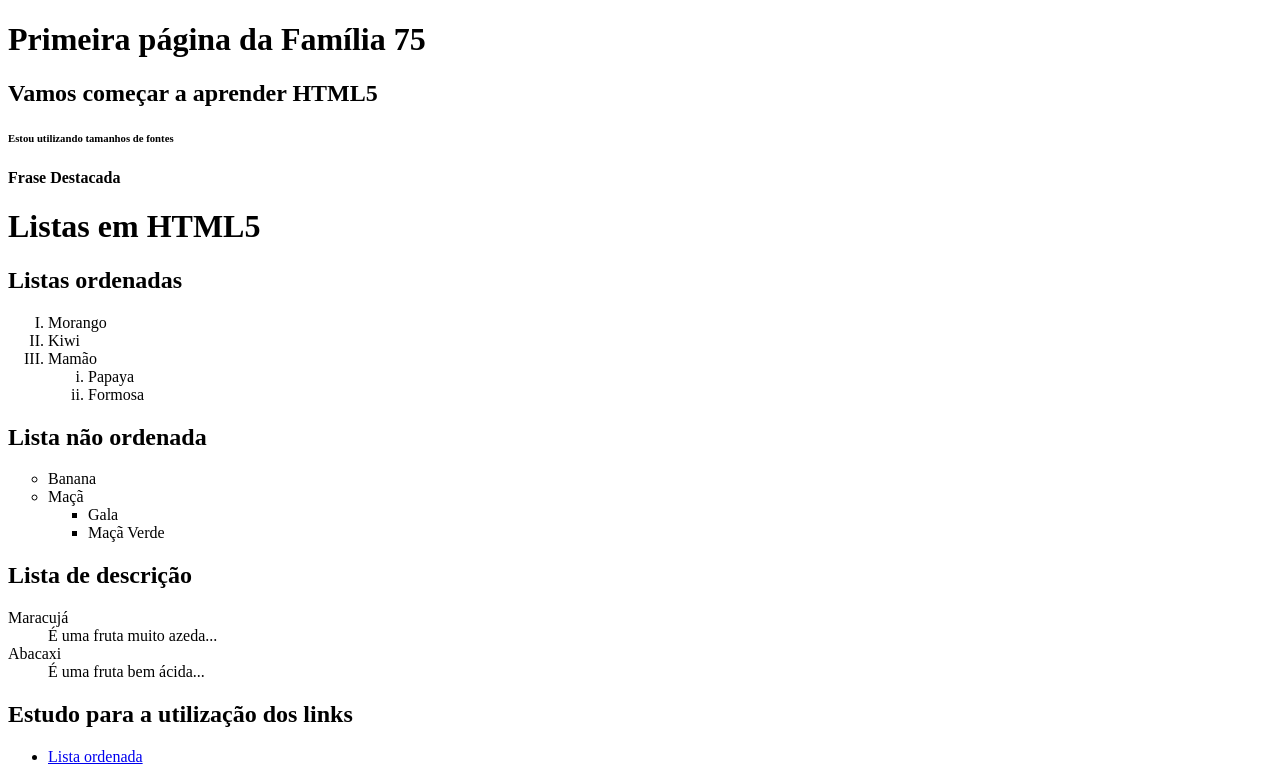
Repository: Thichi99/BootcampGen75
Page: Familia75/index.html
The author's editor kept a copy of each file at every save. The page is drawn from the files as they stood at one save, then again after the next save.
The browser window is 1280 px wide. The pictures show the whole page.

Above is the page before, as saved 2024-07-26 11:11:30.

After the next save:
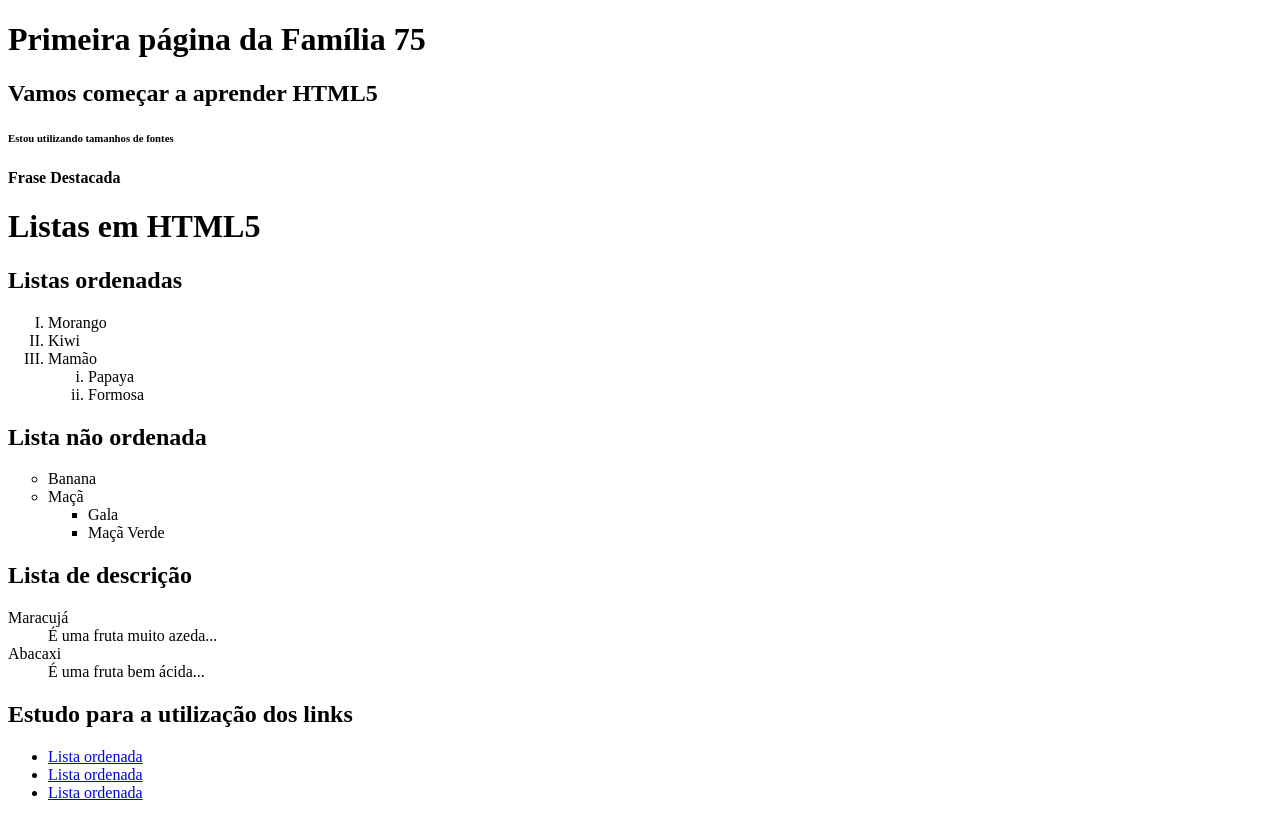
Saved 18 s later.
--- a/Familia75/index.html
+++ b/Familia75/index.html
@@ -46,6 +46,8 @@
    <h2>Estudo para a utilização dos links</h2>
    <ul>
     <li><a href=".\ordenada.html">Lista ordenada</a></li>
+    <li><a href=".\ordenada.html">Lista ordenada</a></li>
+    <li><a href=".\ordenada.html">Lista ordenada</a></li>
    </ul>
 </body>
 </html>
